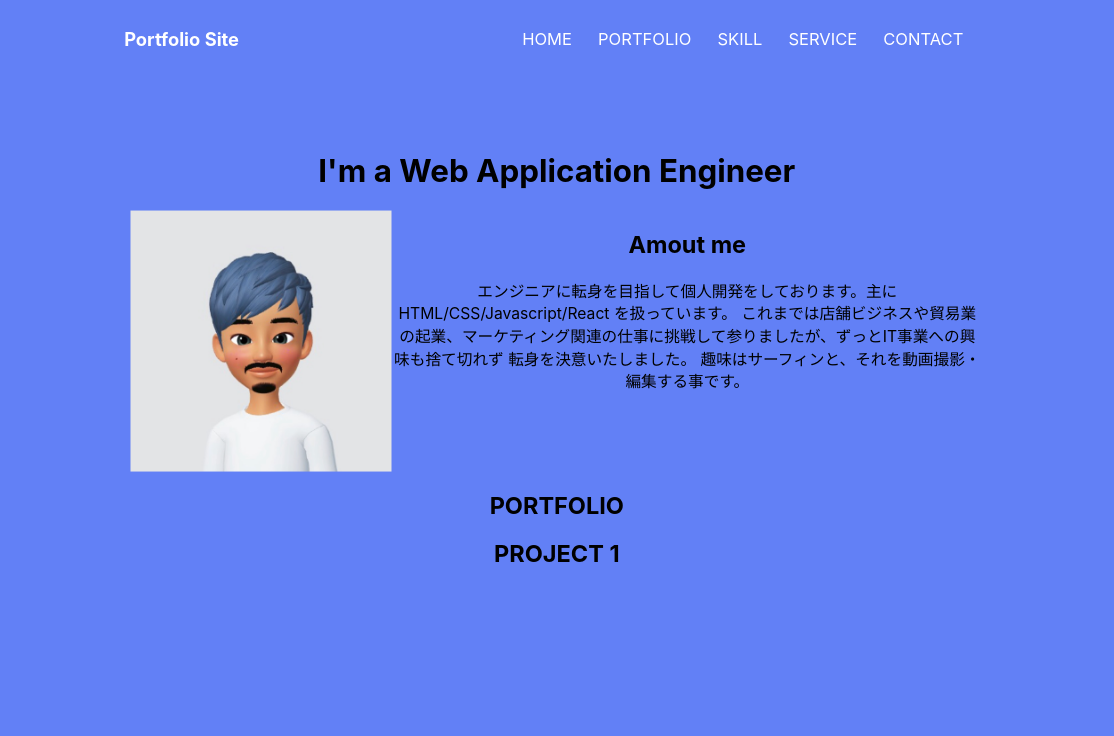
Repository: Seiya00002/my-portfolio-website2
Page: /
An editor plug-in stored every save of this project. The page is shown before and after the next save, followed by the edit.
The browser window is 1280 px wide. The pictures show the whole page, at 87% of full size.
The project was rebuilt for these pictures with package versions that can differ from the ones it lists, and the page was loaded fresh each time.

Above is the page before, as saved 2023-09-22 17:06:10.

After the next save:
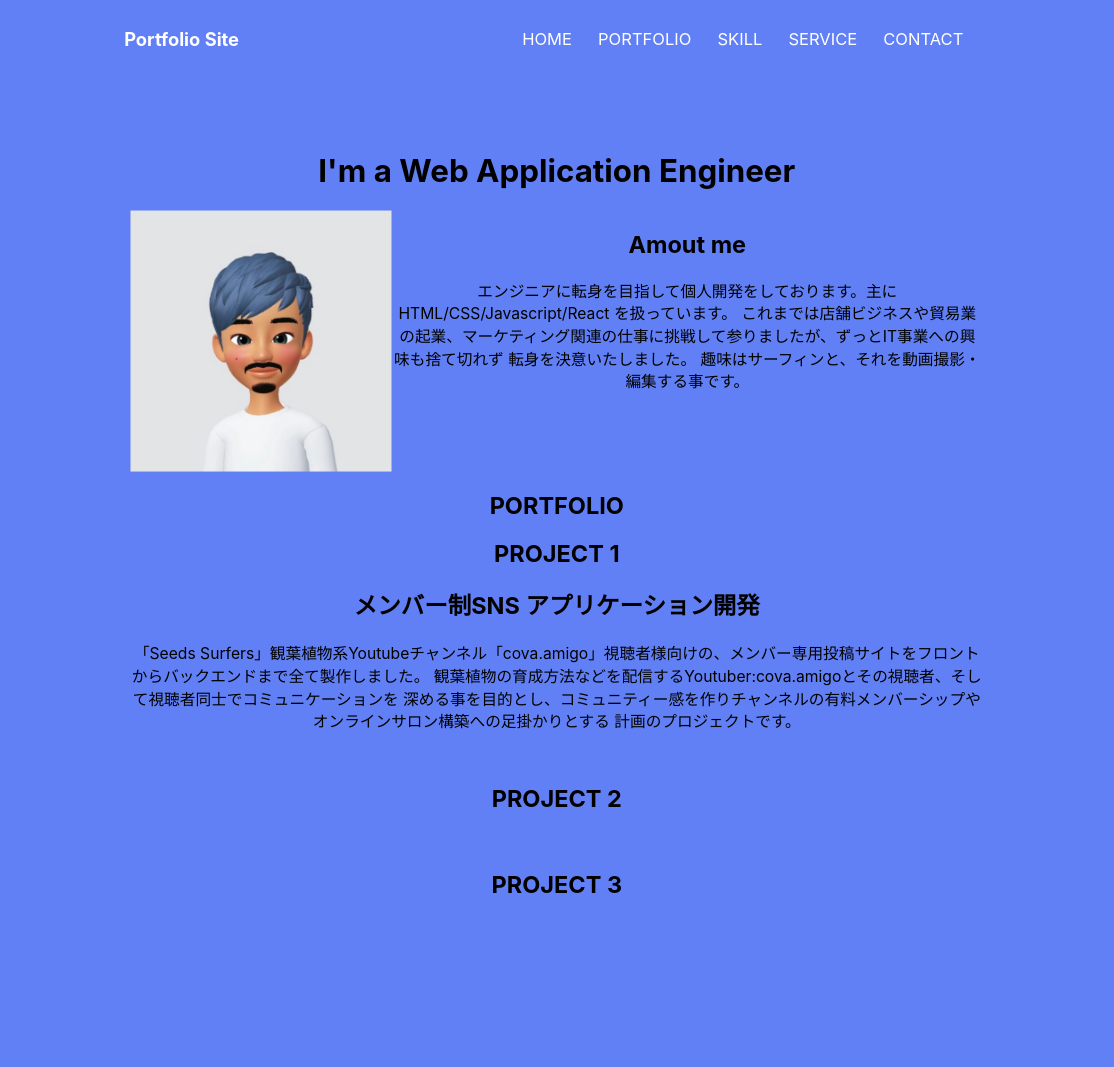
Saved 6 min 23 s later.
--- a/src/Components/Homepage.tsx
+++ b/src/Components/Homepage.tsx
@@ -17,15 +17,38 @@
 
         <div id='portfolio'>
             <h2>PORTFOLIO</h2>
-            <div className='project-1'>
+            <div className='project'>
                 <div className='left-contents'>
                     <h2>PROJECT 1</h2>
+                    <h2>メンバー制SNS アプリケーション開発</h2>
+                    <p>「Seeds Surfers」観葉植物系Youtubeチャンネル「cova.amigo」視聴者様向けの、メンバー専用投稿サイトをフロント
+                        からバックエンドまで全て製作しました。
+                        観葉植物の育成方法などを配信するYoutuber:cova.amigoとその視聴者、そして視聴者同士でコミュニケーションを
+                        深める事を目的とし、コミュニティー感を作りチャンネルの有料メンバーシップやオンラインサロン構築への足掛かりとする
+                        計画のプロジェクトです。
+                    </p>
+                </div>
+                <img src='' alt=''/>
+            </div>
+            <div className='project'>
+                <div className='left-contents'>
+                    <h2>PROJECT 2</h2>
                     <h2></h2>
                     <p></p>
                 </div>
                 <img src='' alt=''/>
             </div>
+            <div className='project'>
+                <div className='left-contents'>
+                    <h2>PROJECT 3</h2>
+                    <h2></h2>
+                    <p></p>
+                </div>
+                <img src='' alt=''/>
+            </div>
+
         </div>
+
 
     </div>
   )
